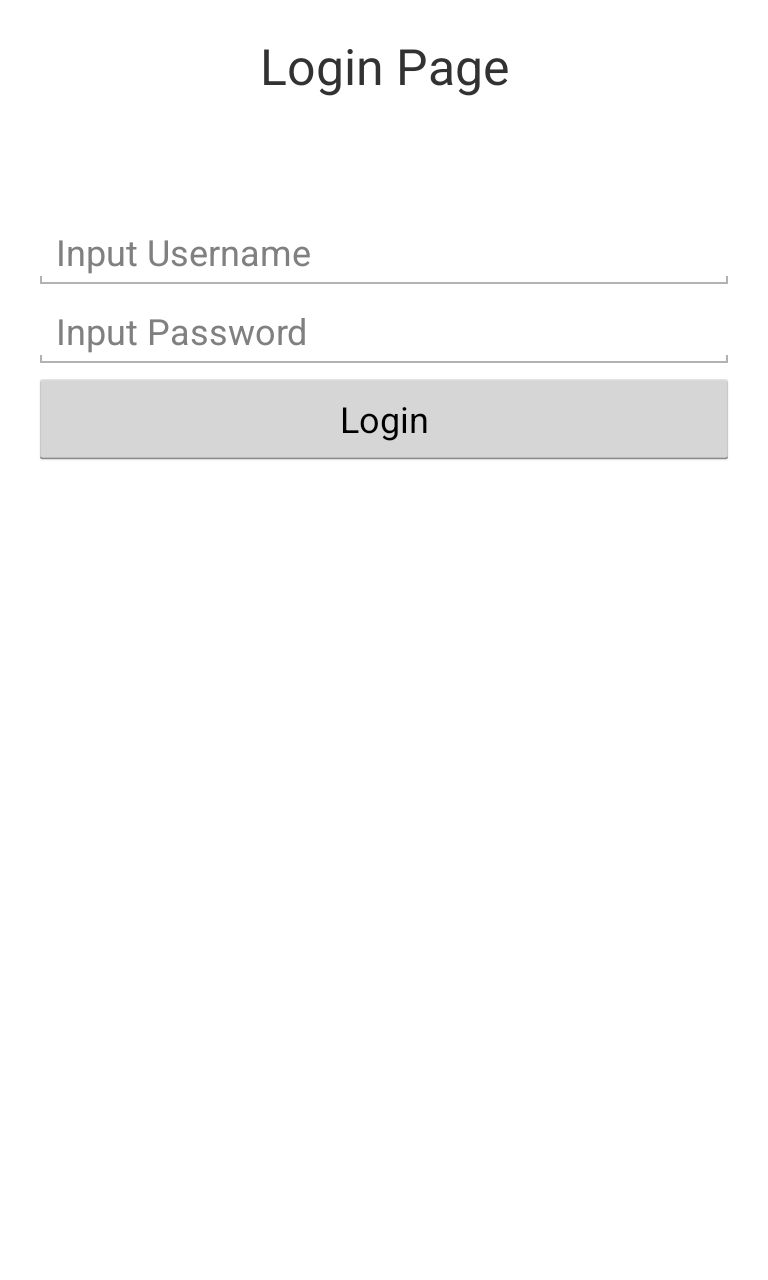
Repository: ikhsan-muhammad/mobile_programming
Layout: Kumpulan Project/Persiapan UAS/res/layout/activity_login.xml
These files come from the project's save history. The layout is drawn as it stood at one moment and after the next save; the edit follows.
It is drawn on a 768 x 1280 px phone screen (xhdpi) without system bars, with theme AppTheme; the app's code is not run.

Above is the layout before, as saved 2022-07-12 16:39:39.

### Kumpulan Project/Persiapan UAS/res/layout/activity_login.xml
<RelativeLayout xmlns:android="http://schemas.android.com/apk/res/android"
    xmlns:tools="http://schemas.android.com/tools"
    android:layout_width="match_parent"
    android:layout_height="match_parent"
    android:paddingBottom="@dimen/activity_vertical_margin"
    android:paddingLeft="@dimen/activity_horizontal_margin"
    android:paddingRight="@dimen/activity_horizontal_margin"
    android:paddingTop="@dimen/activity_vertical_margin"
    tools:context=".LoginActivity" >

    <LinearLayout
        android:layout_width="match_parent"
        android:layout_height="wrap_content"
        android:layout_alignParentLeft="true"
        android:orientation="vertical" >

        <TextView
            android:id="@+id/textView1"
            android:layout_width="match_parent"
            android:layout_height="wrap_content"
            android:gravity="center"
            android:text="Login Page"
            android:textSize="25sp" />

        <LinearLayout
            android:layout_width="match_parent"
            android:layout_height="wrap_content"
            android:orientation="vertical" >

            <TextView
                android:id="@+id/textView2"
                android:layout_width="match_parent"
                android:layout_height="wrap_content"
                android:text=" " />

            <TextView
                android:id="@+id/txt_status"
                android:layout_width="match_parent"
                android:layout_height="wrap_content"
                android:text=" "
                android:textColor="#ff2800" />

            <TextView
                android:id="@+id/textView3"
                android:layout_width="match_parent"
                android:layout_height="wrap_content"
                android:text=" " />

            <LinearLayout
                android:layout_width="match_parent"
                android:layout_height="wrap_content"
                android:orientation="vertical" >

                <EditText
                    android:id="@+id/edit_username"
                    android:layout_width="match_parent"
                    android:layout_height="wrap_content"
                    android:ems="10"
                    android:hint="Input Username" />

                <EditText
                    android:id="@+id/edit_pass"
                    android:layout_width="match_parent"
                    android:layout_height="wrap_content"
                    android:ems="10"
                    android:hint="Input Password" />

                <LinearLayout
                    android:layout_width="match_parent"
                    android:layout_height="wrap_content"
                    android:orientation="vertical" >

                    <Button
                        android:id="@+id/btn_login"
                        android:layout_width="match_parent"
                        android:layout_height="wrap_content"
                        android:text="Login" />

                </LinearLayout>

            </LinearLayout>

        </LinearLayout>

    </LinearLayout>

</RelativeLayout>

Loaded but not shown: Kumpulan Project/Persiapan UAS/res/values/styles.xml (common file); Kumpulan Project/Persiapan UAS/res/values-v11/styles.xml (common file); Kumpulan Project/Persiapan UAS/res/values-v14/styles.xml (common file); Kumpulan Project/Persiapan UAS/res/values/dimens.xml (common file)

After the next save:
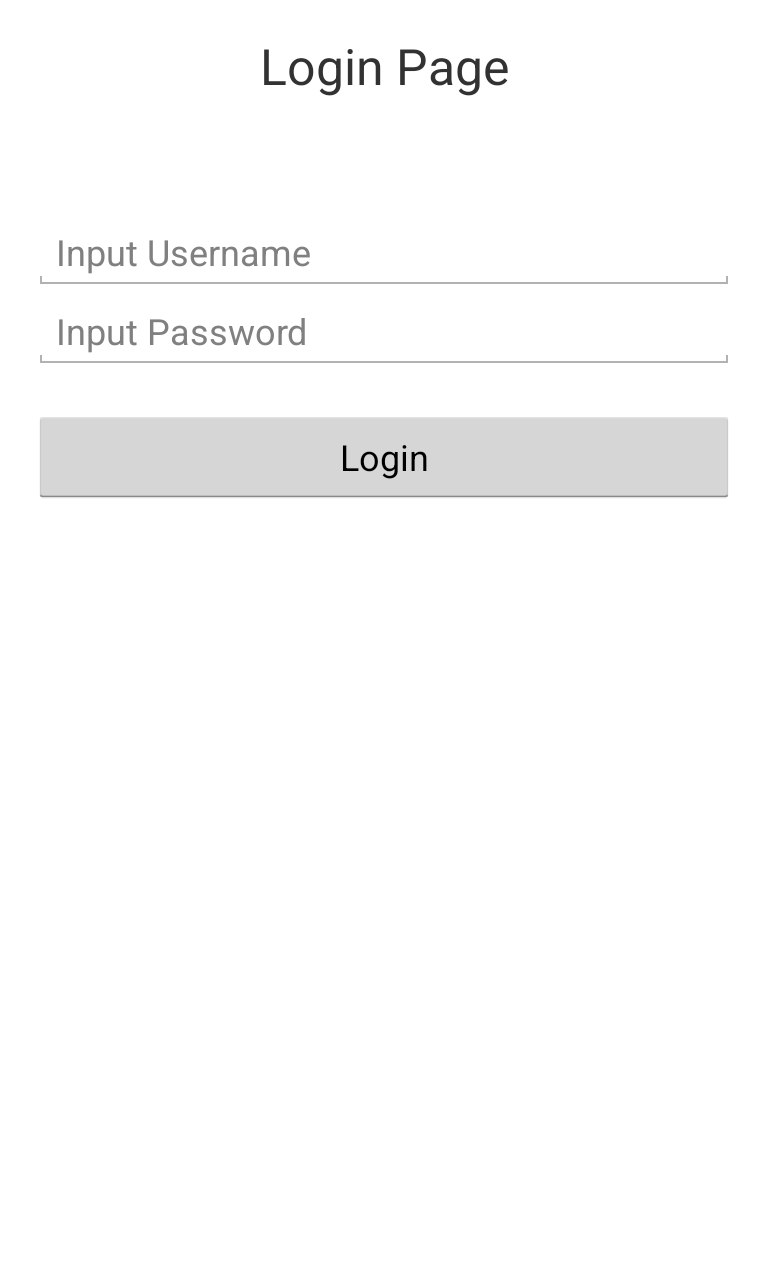
Saved 86 s later.
--- a/Kumpulan Project/Persiapan UAS/res/layout/activity_login.xml
+++ b/Kumpulan Project/Persiapan UAS/res/layout/activity_login.xml
@@ -70,6 +70,12 @@
                     android:layout_height="wrap_content"
                     android:orientation="vertical" >
 
+                    <TextView
+                        android:id="@+id/textView5"
+                        android:layout_width="match_parent"
+                        android:layout_height="wrap_content"
+                        android:text=" " />
+
                     <Button
                         android:id="@+id/btn_login"
                         android:layout_width="match_parent"
